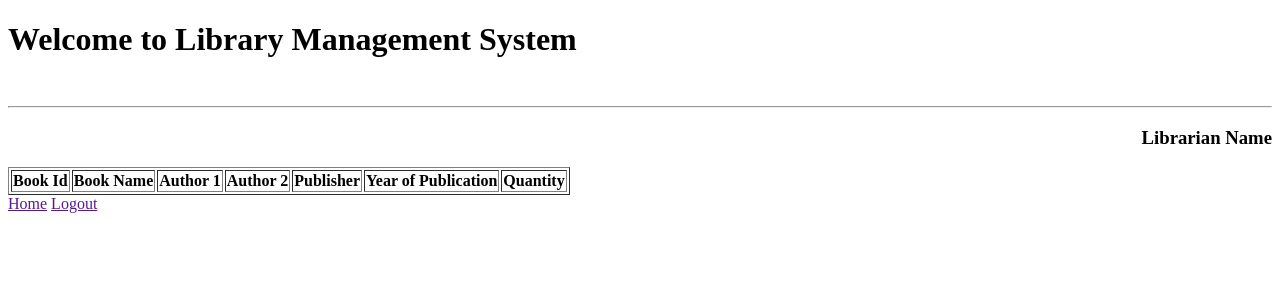
Repository: paragpatidar/LibraryManagementSystem
Page: http://localhost/LibraryManagementSystemSpring/DisplayBook.jsp
An editor plug-in stored every save of this project. The page is shown before and after the next save, followed by the edit.
The browser window is 1280 px wide. The pictures show the whole page.
The page is served by Tomcat 9. Nobody is signed in. The application's start-up code is not run. Other server files are loaded and not shown.

Above is the page before, as saved 2017-11-07 12:02:05.

### LibraryManagementSystemSpring/WebContent/DisplayBook.jsp
<%@ page language="java" contentType="text/html; charset=ISO-8859-1"
    pageEncoding="ISO-8859-1"%>
<%@ taglib uri="http://java.sun.com/jsp/jstl/core" prefix="c"%>
<!DOCTYPE html PUBLIC "-//W3C//DTD HTML 4.01 Transitional//EN" "http://www.w3.org/TR/html4/loose.dtd">
<html>
<head>
<meta http-equiv="Content-Type" content="text/html; charset=ISO-8859-1">
<title>Display Book</title>
</head>
<body>
<h1>Welcome to Library Management System</h1>
	<br>
	<hr>
	<h3 align="right">
		<%-- ${username } --%>Librarian Name </h3>
<table border="1">
<tr><th>Book Id<th>Book Name<th>Author 1<th>Author 2<th>Publisher<th>Year of Publication<th>Quantity
<c:forEach items="" var="book">
<tr>
<td>{book.bookId}
<td>{book.bookName}
<td>{book.author1}
<td>{book.author2}
<td>{book.publisher}
<td>{book.yearOfPublication}
<td>{book.noOfBooks}
<td><a href="">Delete</a>
</c:forEach>
</table>
<a href="">Home</a>
<a href="">Logout</a>
</body>
</html>

After the next save:
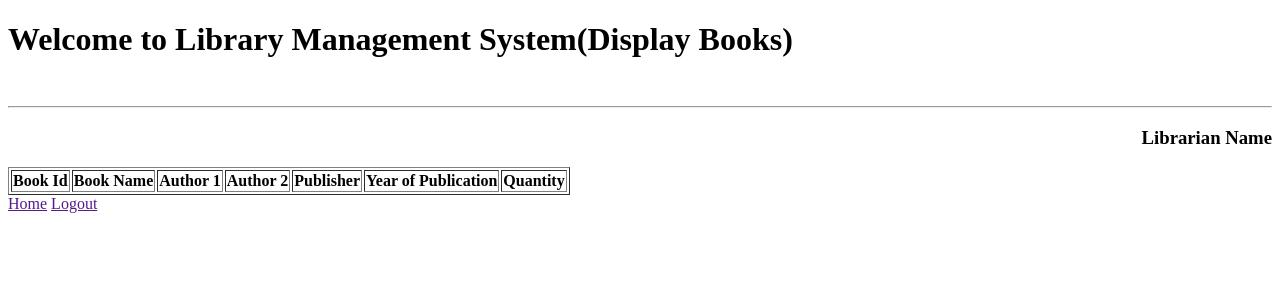
Saved 39 s later.
--- a/LibraryManagementSystemSpring/WebContent/DisplayBook.jsp
+++ b/LibraryManagementSystemSpring/WebContent/DisplayBook.jsp
@@ -8,7 +8,7 @@
 <title>Display Book</title>
 </head>
 <body>
-<h1>Welcome to Library Management System</h1>
+<h1>Welcome to Library Management System(Display Books)</h1>
 	<br>
 	<hr>
 	<h3 align="right">
